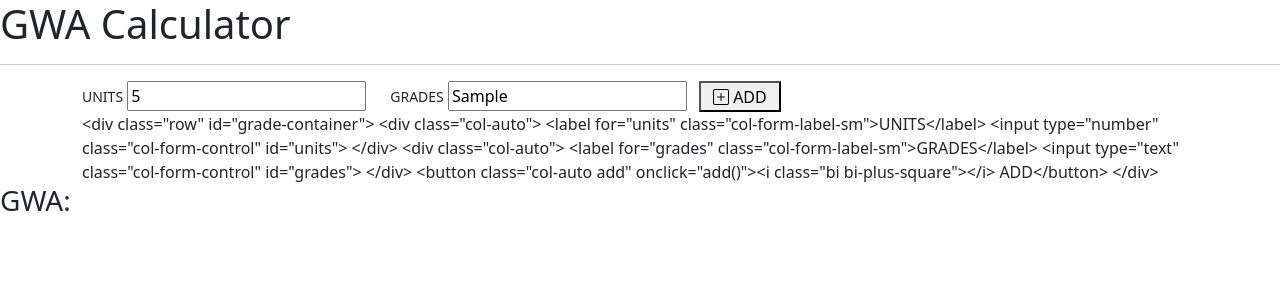
Repository: yonora/GWACalculator
Page: index.html
These files come from the project's save history. The page is drawn as it stood at one moment and after the next save; the edit follows.
The browser window is 1280 px wide. The pictures show the whole page.
Empty fields were first filled with sample values (such as "Sample", 5 or name@example.com).
After loading, the first visible `button.col-auto` was clicked once.

Above is the page before, as saved 2025-01-04 22:25:03.

After the next save:
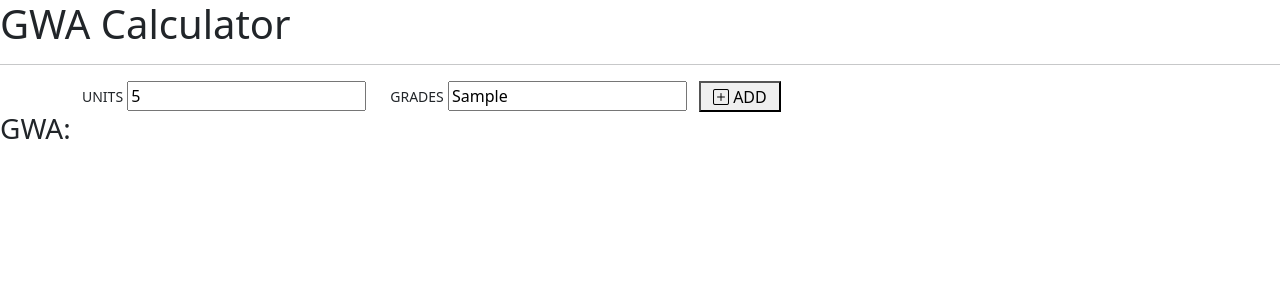
Console error: TypeError: Assignment to constant variable.
Saved 77 s later.
--- a/js.js
+++ b/js.js
@@ -1,6 +1,7 @@
 function add(){
     const container = document.getElementById('container');
-    container.append([
+    const elements = "";
+    elements +=
         `<div class="row" id="grade-container">
             <div class="col-auto">
                 <label for="units" class="col-form-label-sm">UNITS</label>
@@ -12,7 +13,8 @@
             </div>
             <button class="col-auto add" onclick="add()"><i class="bi bi-plus-square"></i> ADD</button>
         </div>`
-    ]);
+    ;
+    container.append(elements);
 }
 
 function compute(){

After the 2 saves that followed:
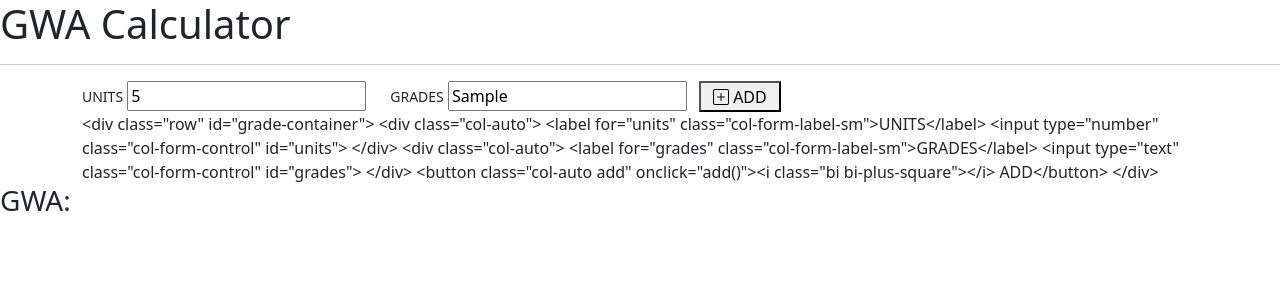
The error is gone.
The 2 saves are shown as one change because 1 left the picture as it was.
The last was saved 33 s later.
--- a/js.js
+++ b/js.js
@@ -1,7 +1,6 @@
 function add(){
     const container = document.getElementById('container');
-    const elements = "";
-    elements +=
+    const elements =
         `<div class="row" id="grade-container">
             <div class="col-auto">
                 <label for="units" class="col-form-label-sm">UNITS</label>
